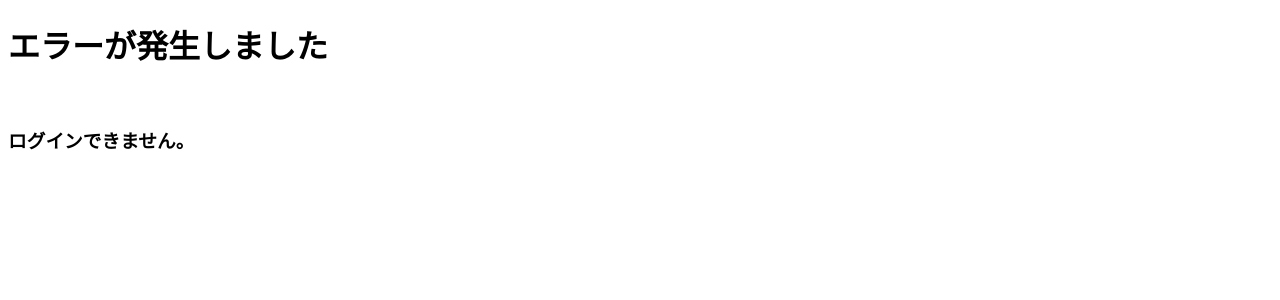
Repository: gennarikun/test
Page: http://localhost/WebProj3/loginError.jsp
An editor plug-in stored every save of this project. The page is shown before and after the next save, followed by the edit.
The browser window is 1280 px wide. The pictures show the whole page.
The page is served by Tomcat 9. Other server files are loaded and not shown.

Above is the page before, as saved 2018-12-26 02:47:03.

### WebProj3/WebContent/loginError.jsp
<%@ page language="java" contentType="text/html; charset=UTF-8"
    pageEncoding="UTF-8"%>
<!DOCTYPE html PUBLIC "-//W3C//DTD HTML 4.01 Transitional//EN" "http://www.w3.org/TR/html4/loose.dtd">
<html>
<head>
<meta http-equiv="Content-Type" content="text/html; charset=UTF-8">
<title>LoginError</title>
</head>
<body>
<h1>エラーが発生しました</h1>
<br>
<h3>ログインできません。</h3>
</body>
</html>

After the next save:
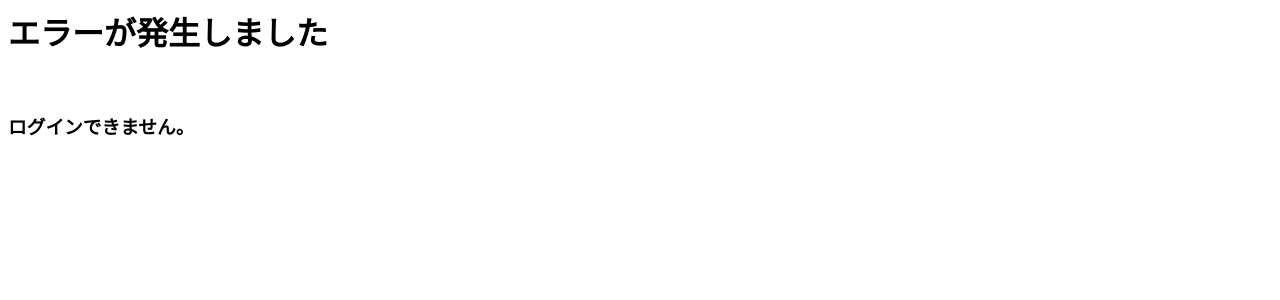
Saved 87 min 3 s later.
--- a/WebProj3/WebContent/loginError.jsp
+++ b/WebProj3/WebContent/loginError.jsp
@@ -1,9 +1,9 @@
 <%@ page language="java" contentType="text/html; charset=UTF-8"
     pageEncoding="UTF-8"%>
-<!DOCTYPE html PUBLIC "-//W3C//DTD HTML 4.01 Transitional//EN" "http://www.w3.org/TR/html4/loose.dtd">
+<!DOCTYPE htm>
 <html>
 <head>
-<meta http-equiv="Content-Type" content="text/html; charset=UTF-8">
+<meta charset="UTF-8">
 <title>LoginError</title>
 </head>
 <body>
